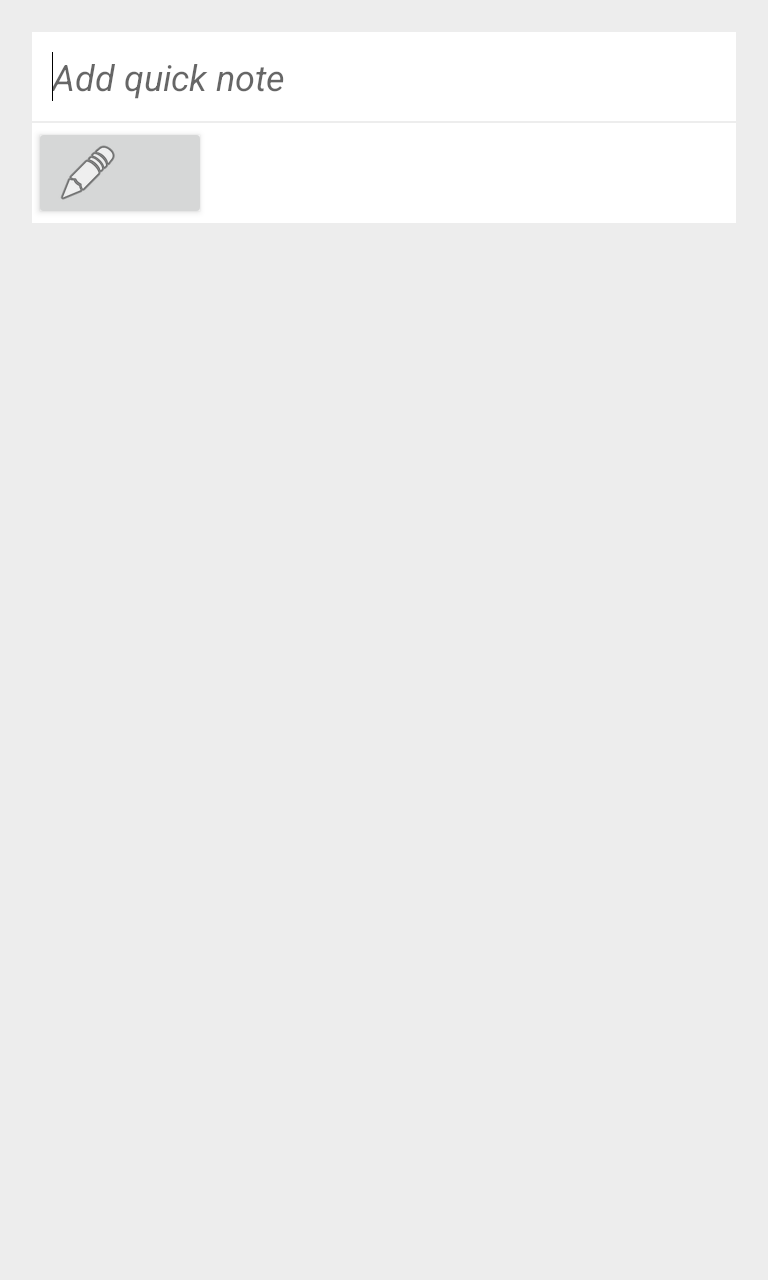
Repository: ishwormali/practices
Layout: Android/GoogleKeep/GoogleKeep/res/layout/fragment_main.xml
The author's editor kept a copy of each file at every save. The layout is drawn from the files as they stood at one save, then again after the next save.
It is drawn on a 768 x 1280 px phone screen (xhdpi) without system bars, with theme Theme.Orangeboom; the app's code is not run. The app's manifest (not shown) leaves right-to-left support off. So textAlignment, textDirection and layoutDirection are ignored, and left and right values win over start and end ones.

Above is the layout before, as saved 2014-04-01 06:16:10.

After the next save:
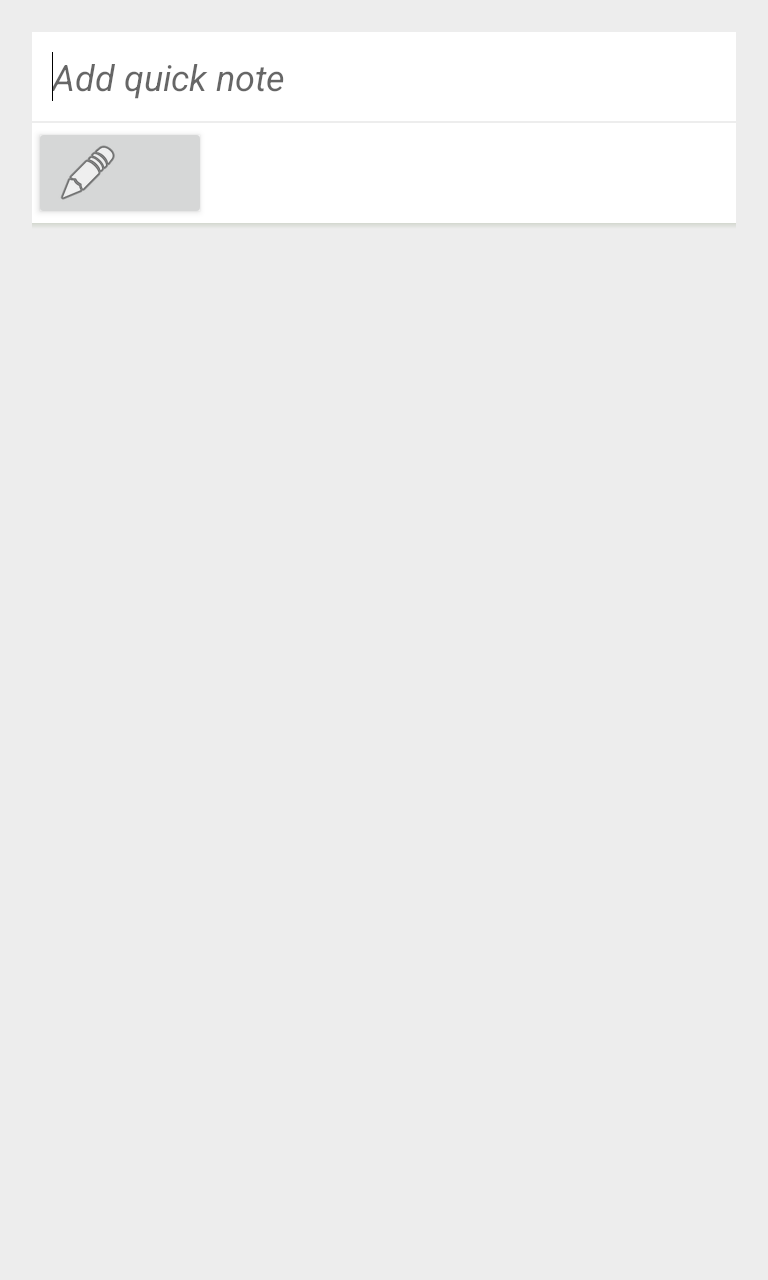
Saved 5 s later.
--- a/Android/GoogleKeep/GoogleKeep/res/layout/fragment_main.xml
+++ b/Android/GoogleKeep/GoogleKeep/res/layout/fragment_main.xml
@@ -44,6 +44,13 @@ android:background="@color/main_background" />
                 android:drawableStart="@android:drawable/ic_menu_edit"
                 />
         </LinearLayout>
+
+         <View
+    android:id="@+id/divider"
+    android:background="@drawable/drop_shadow"
+    android:layout_width="match_parent"
+    android:layout_height="3sp"
+     />
     </LinearLayout>
 
 </RelativeLayout>
